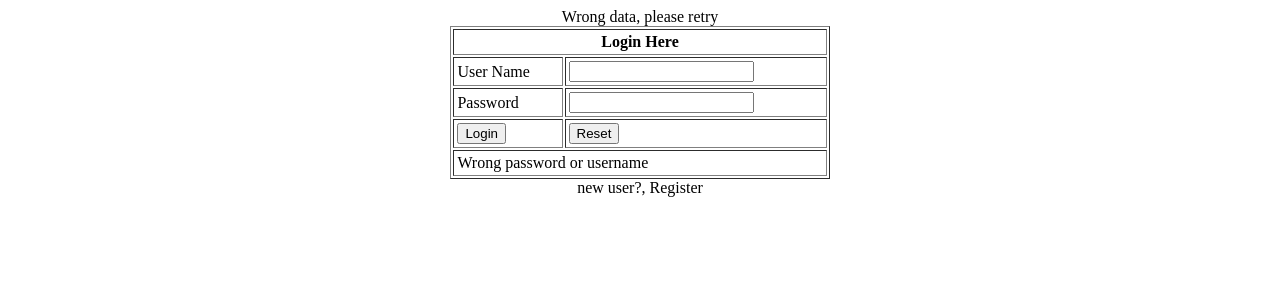
Repository: balu-sadanandan/demo-Shopping-cart-application
Page: http://localhost/shopping-cart/login2.jsp
The author's editor kept a copy of each file at every save. The page is drawn from the files as they stood at one save, then again after the next save.
The browser window is 1280 px wide. The pictures show the whole page.
The page is served by Tomcat 9.

Above is the page before, as saved 2017-09-15 12:46:30.

After the next save:
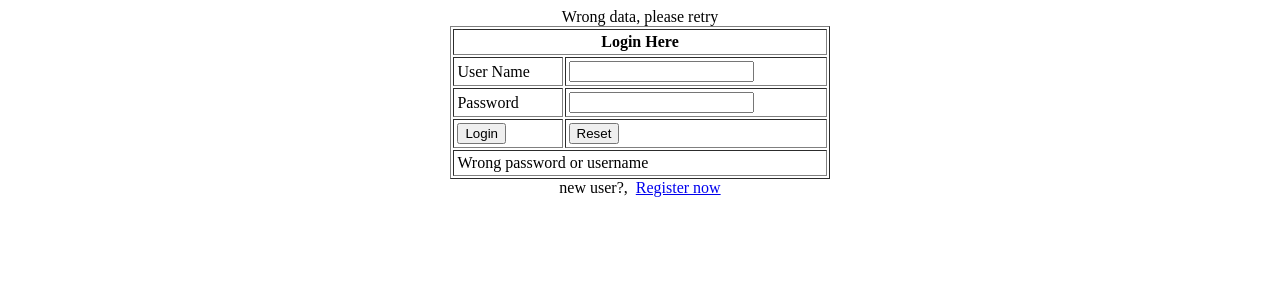
Saved 13 s later.
--- a/shopping-cart/WebContent/login2.jsp
+++ b/shopping-cart/WebContent/login2.jsp
@@ -35,7 +35,10 @@
                     </tr>
                 </tbody>
             </table>
-              <td colspan="2">new user?, Register</td>
+                <td>
+            new user?,&nbsp;
+            <a href="register">Register now</a>
+            </td>
             </center>
         </form>
     </body>
